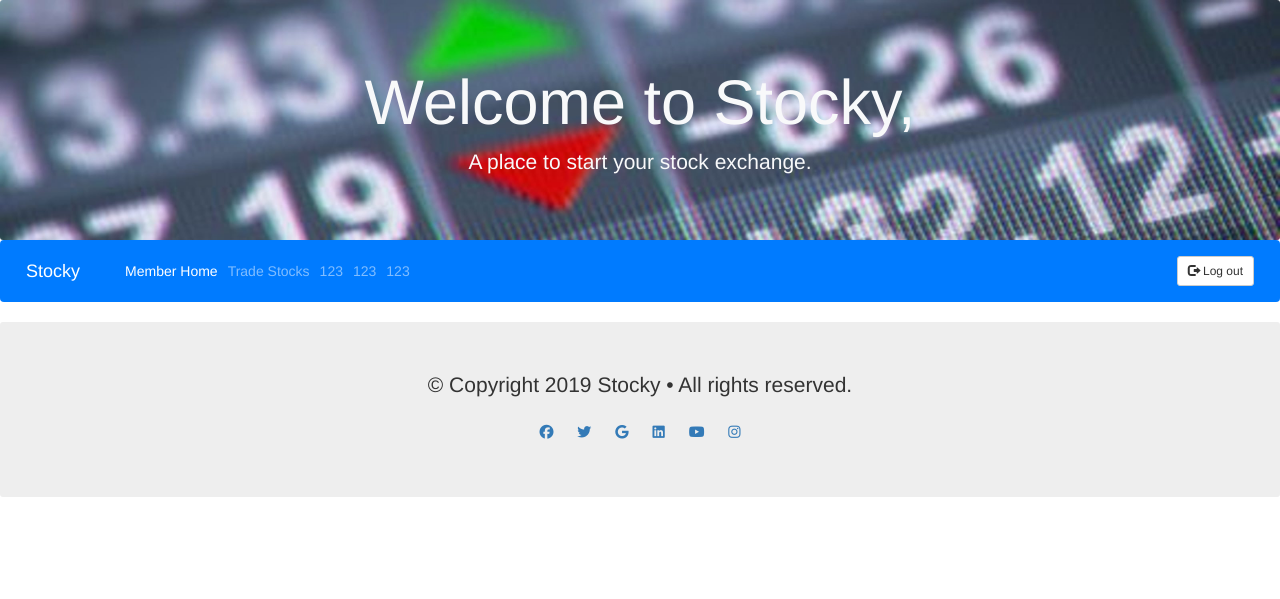
Repository: madfufuu/stocky
Page: http://localhost/stocky/addBank.jsp
The author's editor kept a copy of each file at every save. The page is drawn from the files as they stood at one save, then again after the next save.
The browser window is 1280 px wide. The pictures show the whole page.
Some web libraries are served in a nearby version. The page is served by Tomcat 9. Nobody is signed in. The application's start-up code is not run.

Above is the page before, as saved 2019-11-29 18:42:23.

After the next save:
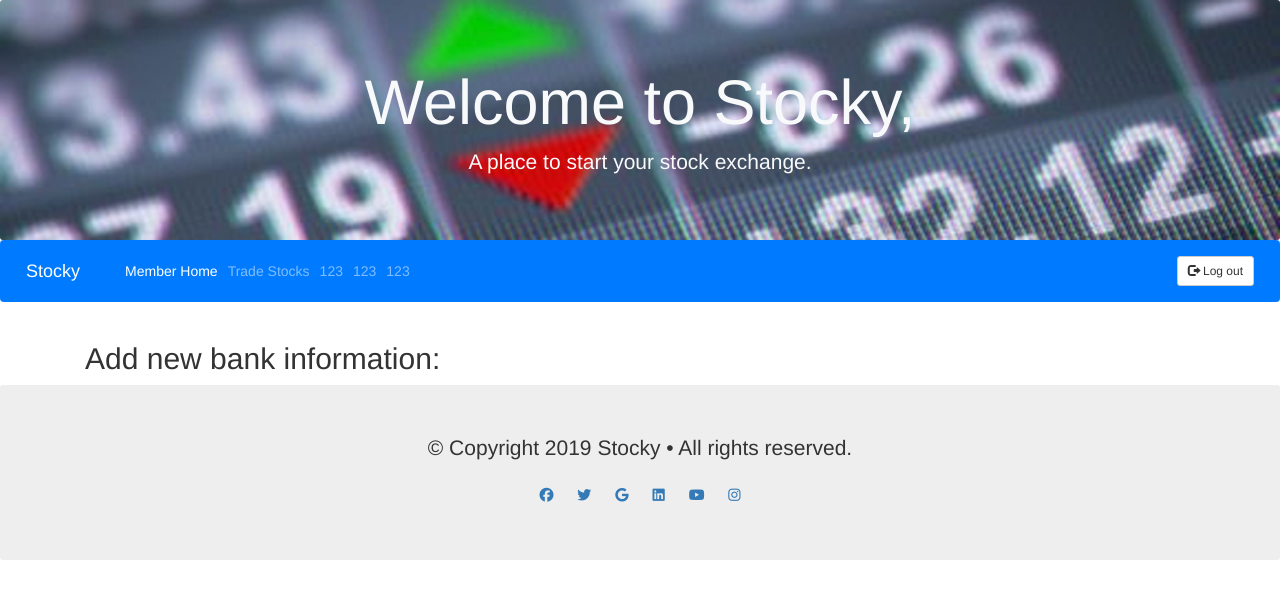
Saved 35 s later.
--- a/stocky-new-master/stocky/WebContent/addBank.jsp
+++ b/stocky-new-master/stocky/WebContent/addBank.jsp
@@ -65,8 +65,7 @@
 	</nav>
 
 	<div class="container">
-
-
+		<h2>Add new bank information:</h2>
 
 
 	</div>
